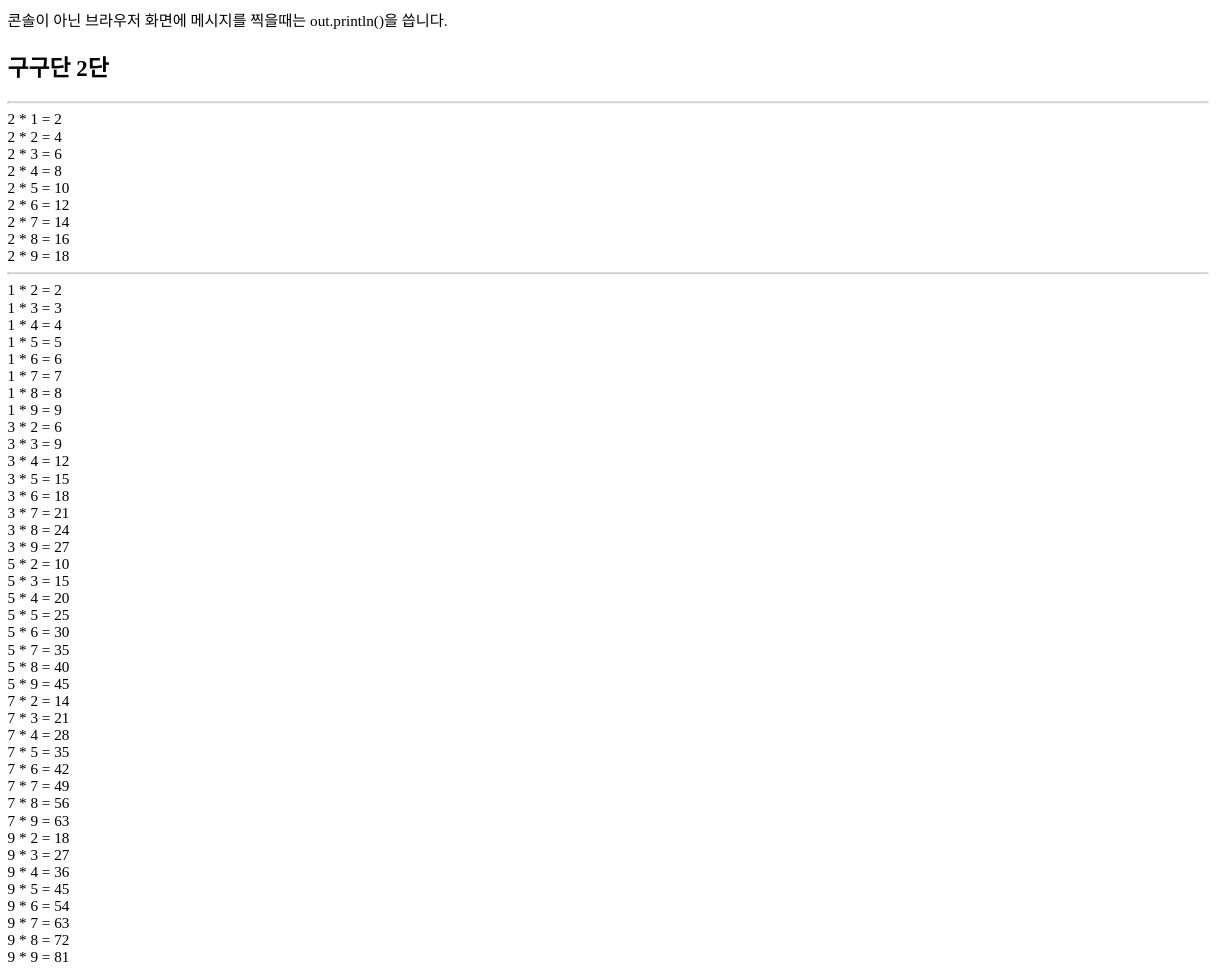
Repository: Andante8989/jsp_practice
Page: http://localhost/JSPBasic/jsptag/scriptlet.jsp
The author's editor kept a copy of each file at every save. The page is drawn from the files as they stood at one save, then again after the next save.
The browser window is 1280 px wide. The pictures show the whole page, at 95% of full size.
The page is served by Tomcat 9.

Above is the page before, as saved 2022-03-22 11:45:23.

After the next save:
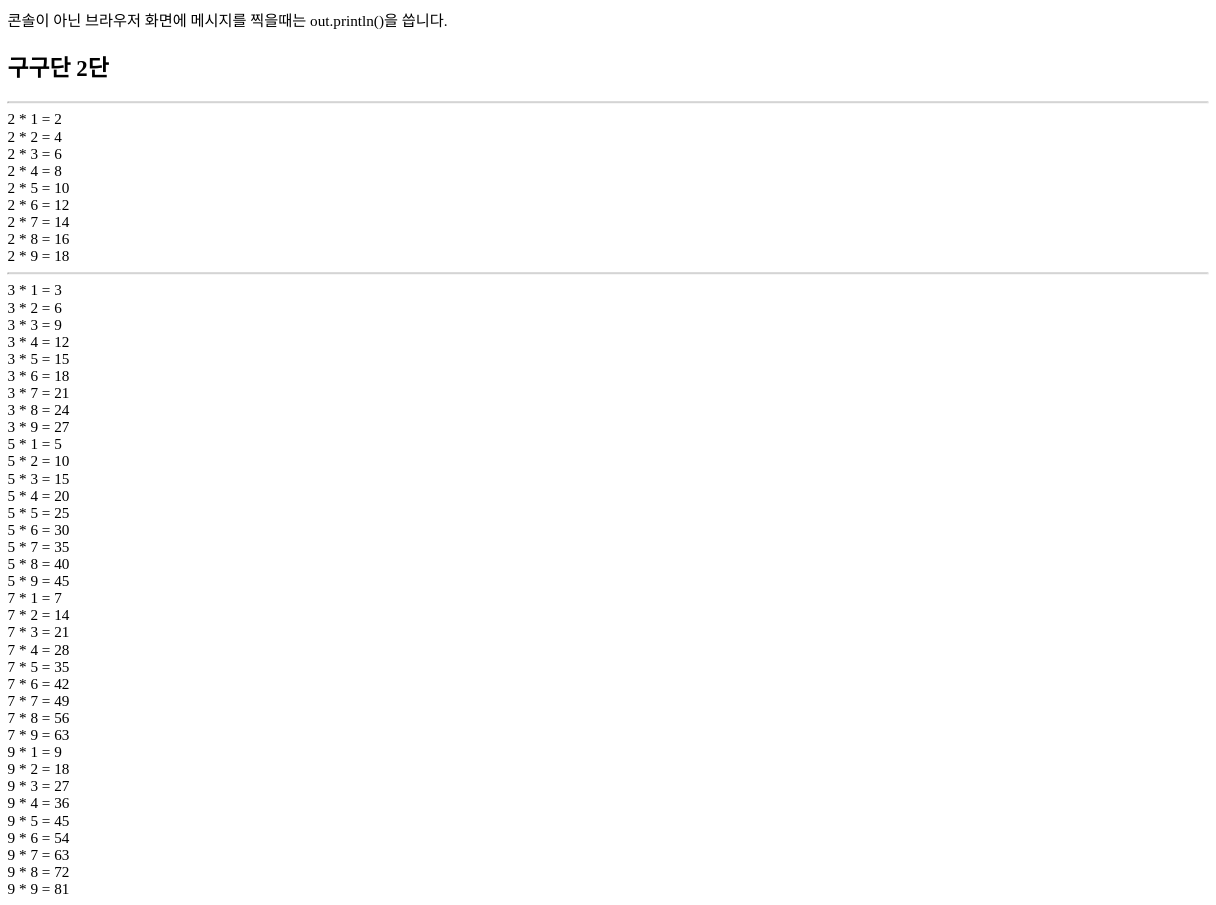
Saved 8 s later.
--- a/JSPBasic/src/main/webapp/jsptag/scriptlet.jsp
+++ b/JSPBasic/src/main/webapp/jsptag/scriptlet.jsp
@@ -19,9 +19,9 @@
 	<hr/>
 	<!-- 반복문과 조건문을 이용하여 구구단 홀수단 (3, 5, 7, 9)을 화면에 출력해주세요 -->
 	<%
-		for(int a = 1; a < 10; a++) {
+		for(int a = 2; a < 10; a++) {
 			if(a % 2 != 0) {
-				for(int b = 2; b < 10; b++) {
+				for(int b = 1; b < 10; b++) {
 					out.println(a + " * " + b + " = " + a*b + "<br/>");
 				}
 			}
